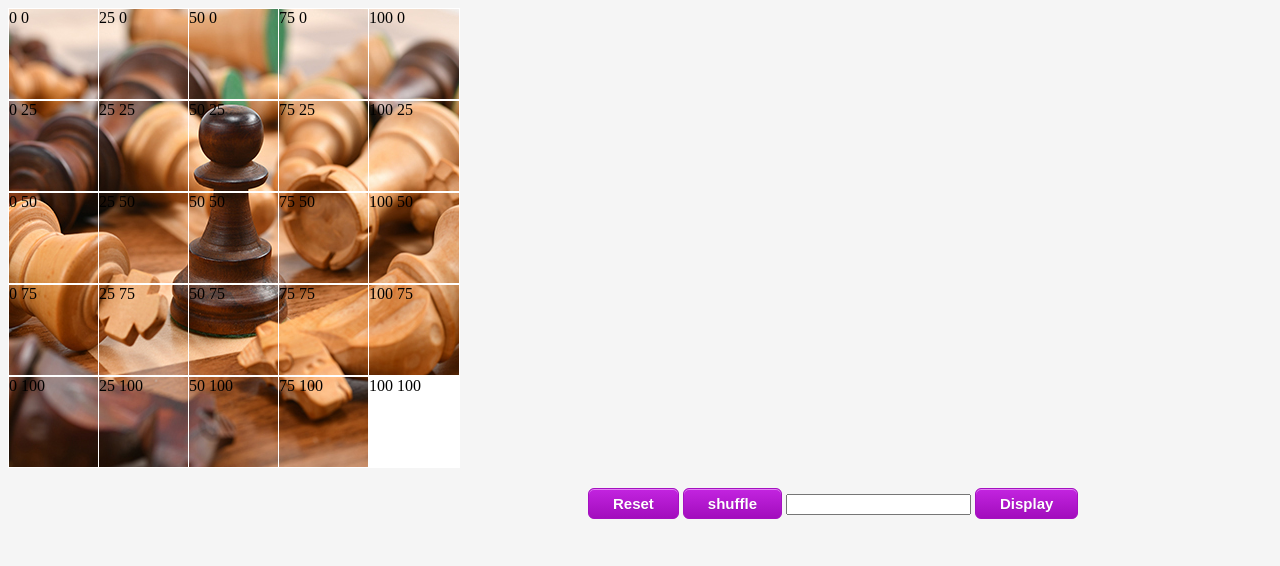
Repository: rashmikagamage/puzzle-vanila-js
Page: index.html
These files come from the project's save history. The page is drawn as it stood at one moment and after the next save; the edit follows.
The browser window is 1280 px wide. The pictures show the whole page.

Above is the page before, as saved 2020-08-06 13:09:57.

After the next save:
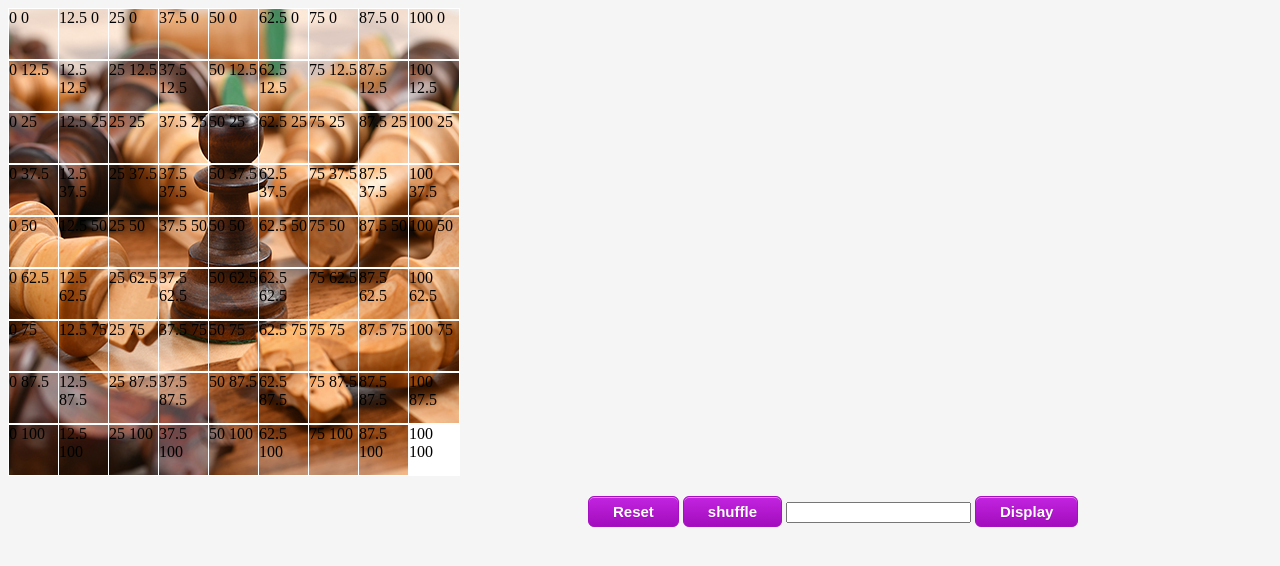
Saved 13 s later.
--- a/function.js
+++ b/function.js
@@ -6,7 +6,7 @@ let num;
 let num2;
 
 function display() {
-    num = 5;
+    num = 9;
     num2 = num;
     cellsCopy = [...cells];
     let cellSize = 450 / num + "px";
